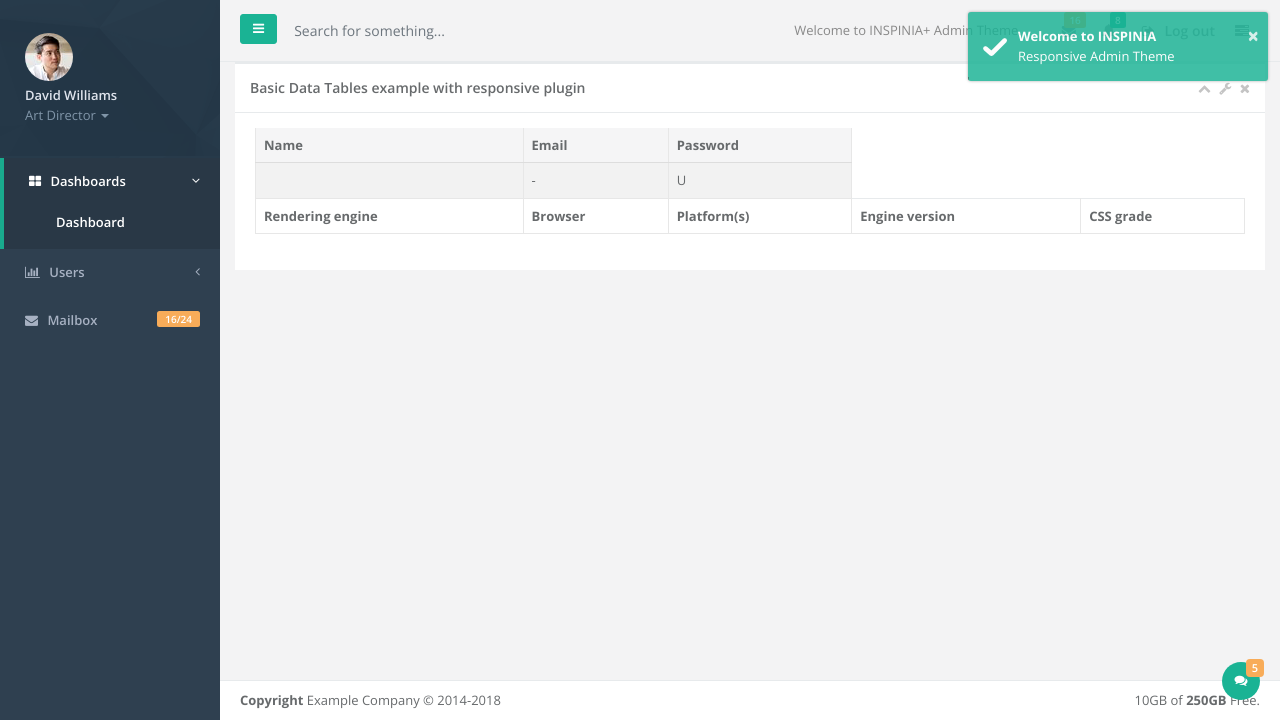
Repository: WAQARHUSSAIN12/quiz
Page: http://localhost/users
An editor plug-in stored every save of this project. The page is shown before and after the next save, followed by the edit.
The browser window is 1280 px wide. The pictures show the whole page.
The page is served by the project's Laravel application, run on PHP 8.4 with Laravel 9.

Above is the page before, as saved 2024-08-09 16:19:58.
Console error: TypeError: Cannot read properties of undefined (reading 'plugins')

After the next save:
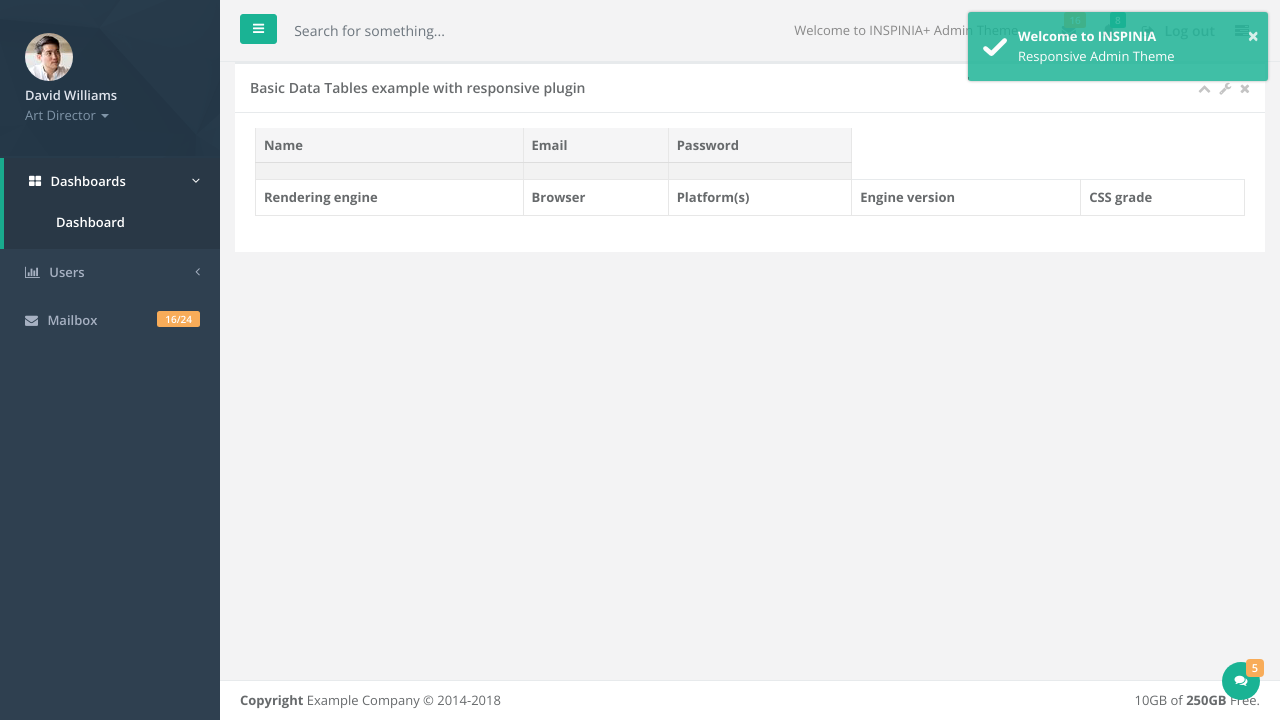
Saved 14 s later.
--- a/resources/views/backend/users/index.blade.php
+++ b/resources/views/backend/users/index.blade.php
@@ -44,8 +44,8 @@
 
                                 <tr>
                                 <td></td>
-                                <td class="center">-</td>
-                                <td class="center">U</td>
+                                <td class="center"></td>
+                                <td class="center"></td>
                             </tr>
                         </tbody>
                         <tfoot>
